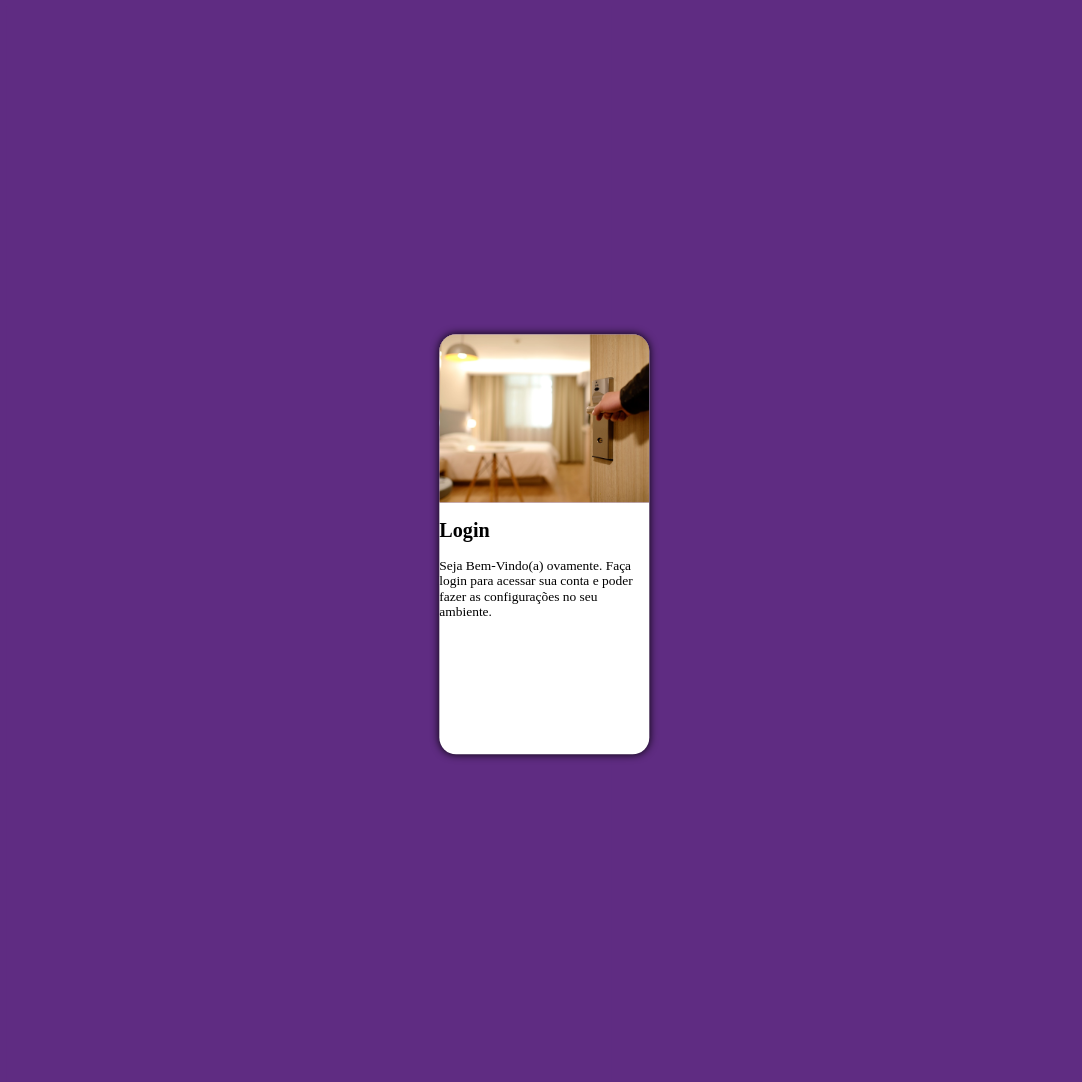
Repository: Guillermomarcon/Projeto-Login
Page: index.html
These files come from the project's save history. The page is drawn as it stood at one moment and after the next save; the edit follows.
The browser window is 1280 px wide. The page is 1288 px wide, so the pictures cover 1288 px, including what lies to the right of the window. The pictures show the whole page, at 84% of full size.

Above is the page before, as saved 2022-09-03 14:17:24.

After the next save:
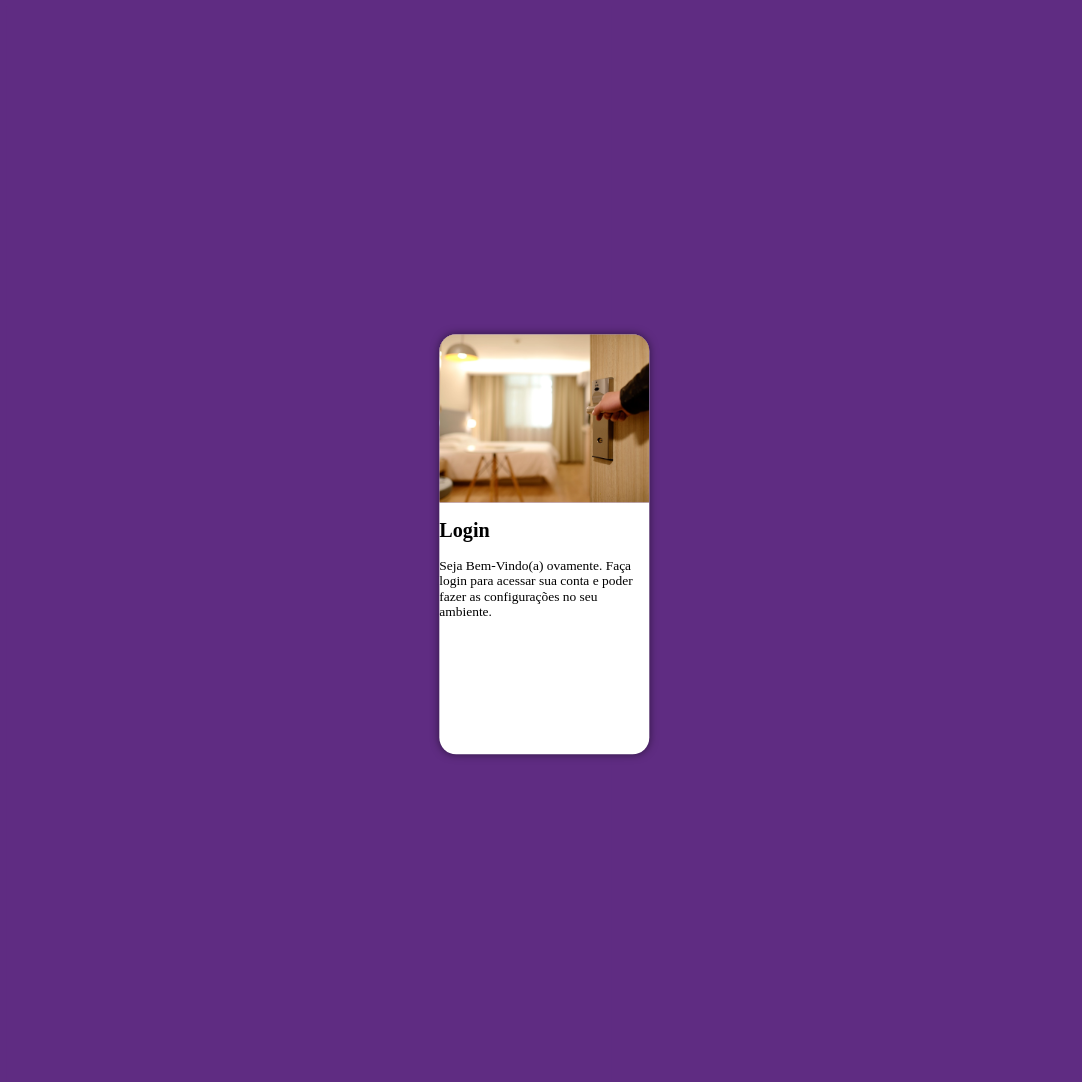
Saved 17 s later.
--- a/estilos/style.css
+++ b/estilos/style.css
@@ -36,7 +36,7 @@ section#login {
     height: 500px;
     border-radius: 20px;
     overflow: auto;
-    box-shadow: 0px 0px 10px black;
+    box-shadow: 0px 0px 10px rgba(0, 0, 0, 0.527);
 
 }
 
